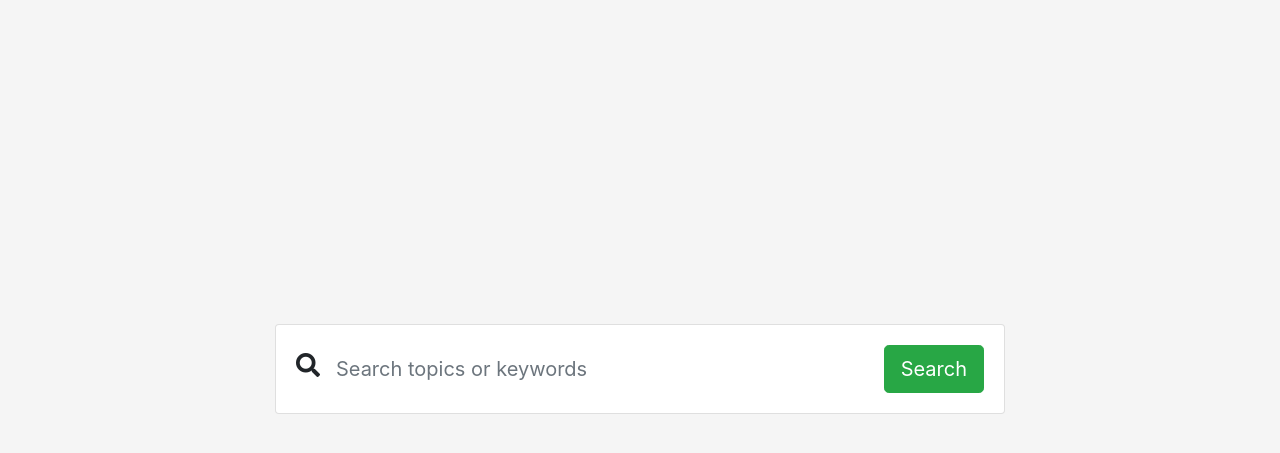
Repository: roistyx/ask-ChatGBT-travel-recommendations
Page: Backend/src/views/search.html
The author's editor kept a copy of each file at every save. The page is drawn from the files as they stood at one save, then again after the next save.
The browser window is 1280 px wide. The pictures show the whole page.
Some web libraries are served in a nearby version.

Above is the page before, as saved 2023-03-20 12:22:54.
Console error: TypeError: Cannot read properties of undefined (reading 'fn')

After the next save:
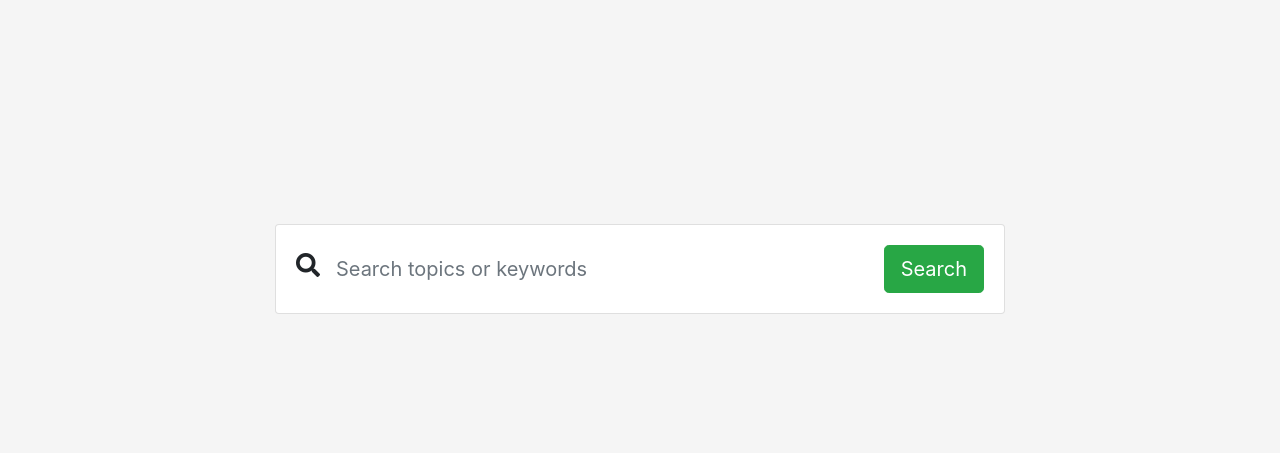
Saved 5 s later.
--- a/Backend/src/views/search.css
+++ b/Backend/src/views/search.css
@@ -5,7 +5,7 @@
 
 body {
 	background-color: #f5f5f5;
-	padding-top: 300px;
+	padding-top: 200px;
 }
 
 .form-control-borderless {
